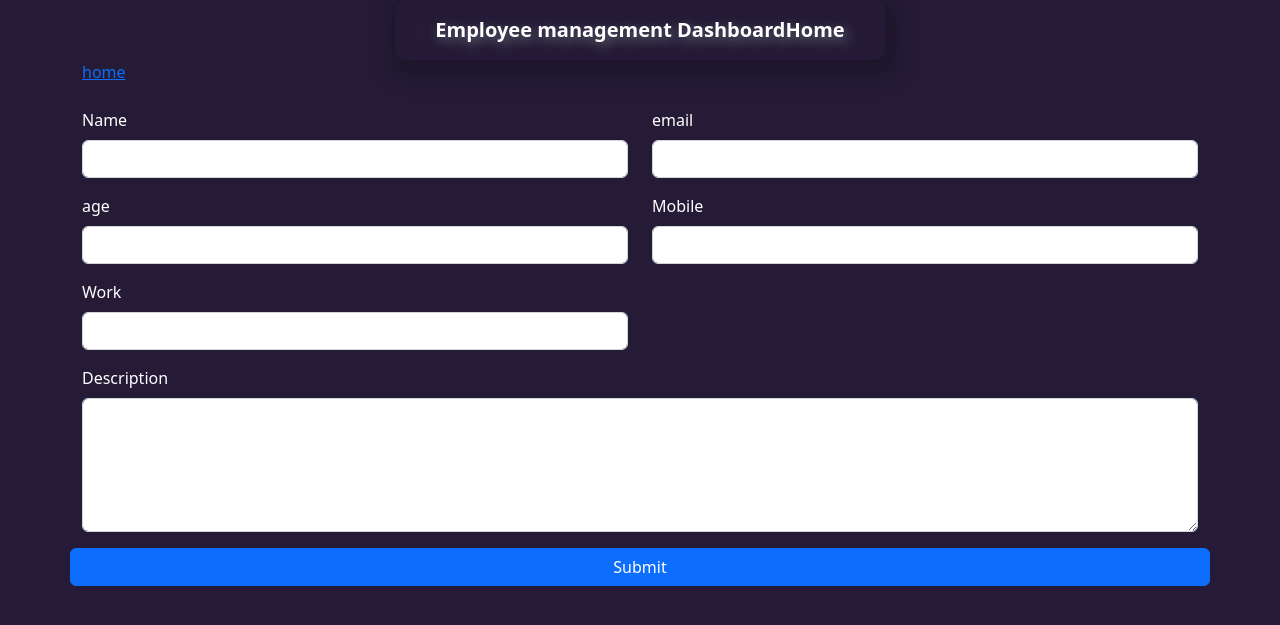
Repository: iamevs/Employee-Management-System
Page: /register (app in client/)
An editor plug-in stored every save of this project. The page is shown before and after a run of saves, followed by the edit.
The browser window is 1280 px wide. The pictures show the whole page.
The project was rebuilt for these pictures with package versions that can differ from the ones it lists, and the page was loaded fresh each time. Also part of the build but not shown: client/vite.config.js, client/src/components/Home.jsx, client/src/components/Edit.jsx, client/src/components/Hero.jsx. Imported but missing from the stored project, and not drawn on this page: client/src/components/Details.

Above is the page before, as saved 2022-11-28 23:33:45.

After the next 2 saves:
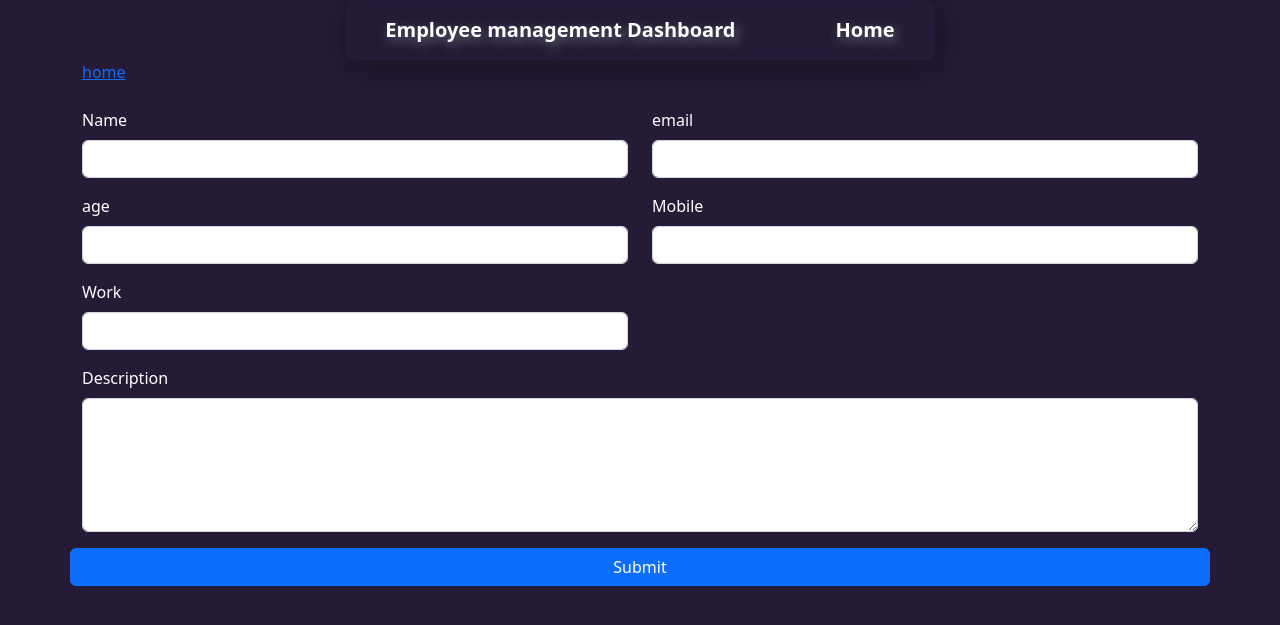
The 2 saves are shown as one change because they came seconds apart.
The last was saved 28 s later.
--- a/client/src/components/Navbar.jsx
+++ b/client/src/components/Navbar.jsx
@@ -17,10 +17,11 @@ const Navbar = () => {
                 width: "auto",
                 borderRadius: "10px"
             }}>
-                <Box spacing={5} sx={{
+                <Box sx={{
                     fontSize: "20px",
                     textShadow: "3px 4px 12px #6c757d",
                     fontWeight: "bold",
+                    marginRight: "100px"
                 }}>Employee management Dashboard</Box>
                 <Box>
                     <a href="/home" style={{
